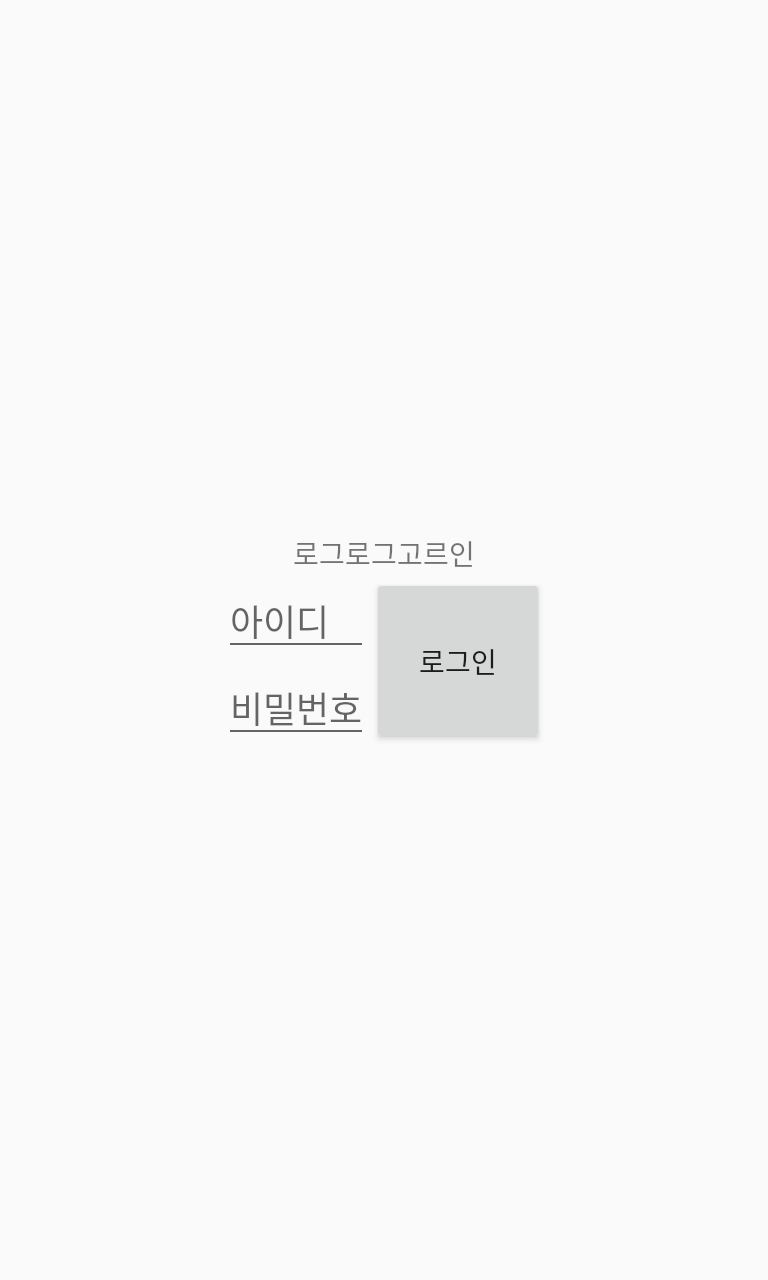
Repository: tae-jun/android
Layout: h1024_MulitipleActivities/res/layout/activity_main.xml
The author's editor kept a copy of each file at every save. The layout is drawn from the files as they stood at one save, then again after the next save.
It is drawn on a 768 x 1280 px phone screen (xhdpi) without system bars, with theme AppTheme; the app's code is not run.

Above is the layout before, as saved 2014-10-23 14:35:22.

After the next save:
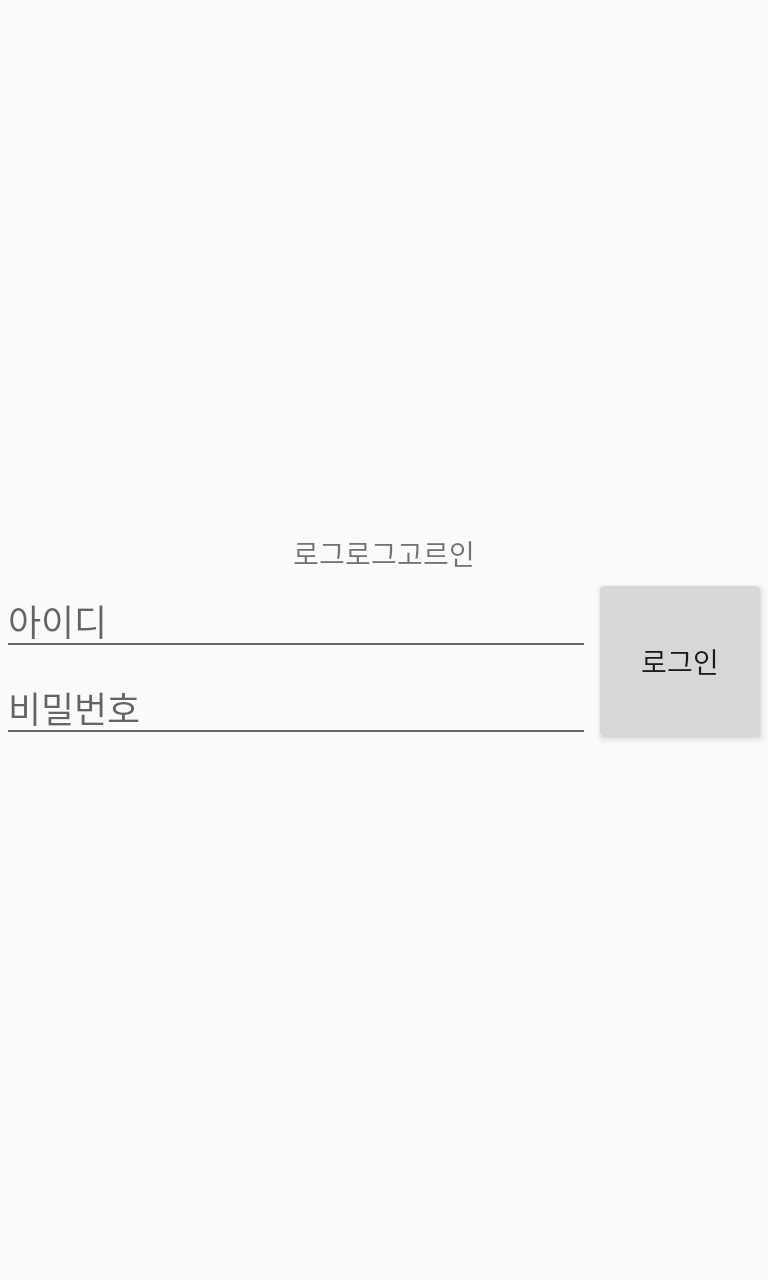
Saved 13 s later.
--- a/h1024_MulitipleActivities/res/layout/activity_main.xml
+++ b/h1024_MulitipleActivities/res/layout/activity_main.xml
@@ -19,8 +19,9 @@
         android:orientation="horizontal" >
 
         <LinearLayout
-            android:layout_width="wrap_content"
+            android:layout_width="0dp"
             android:layout_height="wrap_content"
+            android:layout_weight="1"
             android:orientation="vertical" >
 
             <EditText
